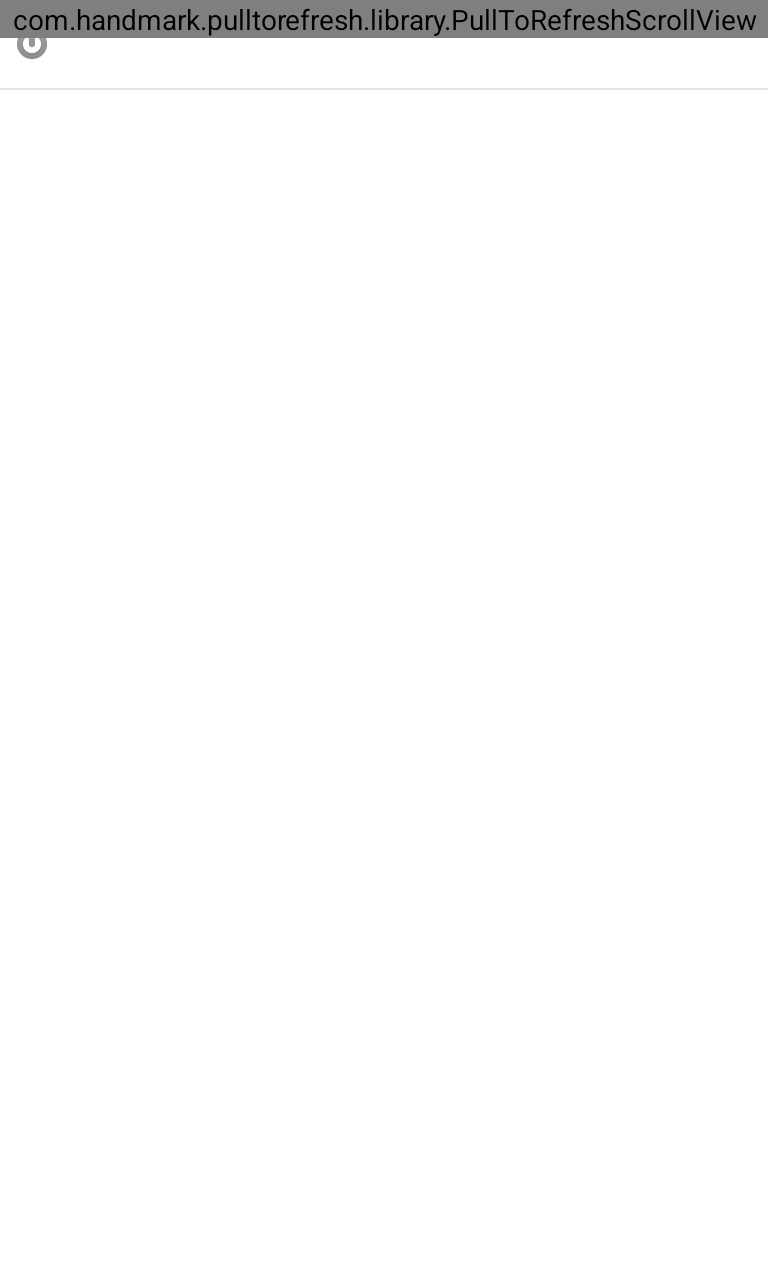
Repository: rajibhasan11/Fast-And-Furious
Layout: SportsCarProject/res/layout/sports_car_detailview_layout.xml
These files come from the project's save history. The layout is drawn as it stood at one moment and after the next save; the edit follows.
Pictures or frames that could not be fetched are drawn as grey boxes. It is drawn on a 768 x 1280 px phone screen (xhdpi) without system bars, with theme AppTheme; the app's code is not run.

Above is the layout before, as saved 2014-04-22 14:47:45.

### SportsCarProject/res/layout/sports_car_detailview_layout.xml
<RelativeLayout xmlns:android="http://schemas.android.com/apk/res/android"
    xmlns:tools="http://schemas.android.com/tools"
    android:layout_width="match_parent"
    android:layout_height="match_parent"
    tools:context=".SportsCarListActivity" >

    <include
        android:id="@+id/navBar"
        layout="@layout/navbar" />

    <com.handmark.pulltorefresh.library.PullToRefreshScrollView
        xmlns:ptr="http://schemas.android.com/apk/res-auto"
        android:id="@+id/detailview"
        android:layout_width="match_parent"
        android:layout_height="wrap_content"
        android:background="#f7f7f7"
        android:divider="#19000000"
        android:dividerPadding="4dp"
        android:fadingEdge="none"
        android:fadingEdgeLength="0dip"
        android:soundEffectsEnabled="false"
        ptr:ptrAnimationStyle="flip"
        ptr:ptrHeaderBackground="@color/ptr_header_bg_color"
        ptr:ptrHeaderSubTextColor="@color/ptr_header_subtext_color"
        ptr:ptrHeaderTextColor="@color/ptr_header_text_color"
        ptr:ptrShowIndicator="true" >

        <LinearLayout
            android:layout_width="match_parent"
            android:layout_height="match_parent"
            android:orientation="horizontal" >

            <TextView
                android:id="@+id/manufacturerModel"
                android:layout_width="match_parent"
                android:layout_height="wrap_content"
                android:background="#666666"
                android:ellipsize="end"
                android:gravity="center_vertical"
                android:padding="10dip"
                android:singleLine="true"
                android:text="@string/detailview_header"
                android:textColor="@android:color/white"
                android:textSize="18sp"
                android:textStyle="bold" />

            <LinearLayout
                android:layout_width="match_parent"
                android:layout_height="wrap_content"
                android:orientation="horizontal"
                android:padding="10dip" >

                <TextView
                    android:id="@+id/modelLabel"
                    android:layout_width="wrap_content"
                    android:layout_height="wrap_content"
                    android:ellipsize="none"
                    android:paddingLeft="0dp"
                    android:paddingRight="10dp"
                    android:singleLine="true"
                    android:text="@string/model_label"
                    android:textColor="@android:color/black"
                    android:textSize="16sp"
                    android:textStyle="normal" />

                <TextView
                    android:id="@+id/model"
                    android:layout_width="match_parent"
                    android:layout_height="wrap_content"
                    android:ellipsize="none"
                    android:paddingLeft="0dp"
                    android:paddingRight="0dp"
                    android:singleLine="true"
                    android:text=""
                    android:textColor="@android:color/black"
                    android:textSize="16sp"
                    android:textStyle="normal" />
            </LinearLayout>

            <LinearLayout
                android:layout_width="match_parent"
                android:layout_height="wrap_content"
                android:orientation="horizontal"
                android:padding="10dip" >

                <TextView
                    android:id="@+id/manufacturerLabel"
                    android:layout_width="wrap_content"
                    android:layout_height="wrap_content"
                    android:ellipsize="none"
                    android:paddingLeft="0dp"
                    android:paddingRight="10dp"
                    android:singleLine="true"
                    android:text="@string/manufacturer_label"
                    android:textColor="@android:color/black"
                    android:textSize="16sp"
                    android:textStyle="normal" />

                <TextView
                    android:id="@+id/manufacturer"
                    android:layout_width="match_parent"
                    android:layout_height="wrap_content"
                    android:ellipsize="none"
                    android:paddingLeft="0dp"
                    android:paddingRight="0dp"
                    android:singleLine="true"
                    android:text=""
                    android:textColor="@android:color/black"
                    android:textSize="16sp"
                    android:textStyle="normal" />
            </LinearLayout>

            <LinearLayout
                android:layout_width="match_parent"
                android:layout_height="wrap_content"
                android:orientation="horizontal"
                android:padding="10dip" >

                <TextView
                    android:id="@+id/styleLabel"
                    android:layout_width="wrap_content"
                    android:layout_height="wrap_content"
                    android:ellipsize="none"
                    android:paddingLeft="0dp"
                    android:paddingRight="10dp"
                    android:singleLine="true"
                    android:text="@string/style_label"
                    android:textColor="@android:color/black"
                    android:textSize="16sp"
                    android:textStyle="normal" />

                <TextView
                    android:id="@+id/style"
                    android:layout_width="match_parent"
                    android:layout_height="wrap_content"
                    android:ellipsize="none"
                    android:paddingLeft="0dp"
                    android:paddingRight="0dp"
                    android:singleLine="true"
                    android:text=""
                    android:textColor="@android:color/black"
                    android:textSize="16sp"
                    android:textStyle="normal" />
            </LinearLayout>

            <LinearLayout
                android:layout_width="match_parent"
                android:layout_height="wrap_content"
                android:orientation="horizontal"
                android:padding="10dip" >

                <TextView
                    android:id="@+id/originLabel"
                    android:layout_width="wrap_content"
                    android:layout_height="wrap_content"
                    android:ellipsize="none"
                    android:paddingLeft="0dp"
                    android:paddingRight="10dp"
                    android:singleLine="true"
                    android:text="@string/country_of_origin_label"
                    android:textColor="@android:color/black"
                    android:textSize="16sp"
                    android:textStyle="normal" />

                <TextView
                    android:id="@+id/origin"
                    android:layout_width="match_parent"
                    android:layout_height="wrap_content"
                    android:ellipsize="none"
                    android:paddingLeft="0dp"
                    android:paddingRight="0dp"
                    android:singleLine="true"
                    android:text=""
                    android:textColor="@android:color/black"
                    android:textSize="16sp"
                    android:textStyle="normal" />
            </LinearLayout>
        </LinearLayout>
    </com.handmark.pulltorefresh.library.PullToRefreshScrollView>

</RelativeLayout>

### SportsCarProject/res/values/styles.xml
<resources>

    <!--
        Base application theme, dependent on API level. This theme is replaced
        by AppBaseTheme from res/values-vXX/styles.xml on newer devices.
    -->
    <style name="AppBaseTheme" parent="android:Theme.Light">
        <!--
            Theme customizations available in newer API levels can go in
            res/values-vXX/styles.xml, while customizations related to
            backward-compatibility can go here.
        -->
    </style>

    <style name="AppTheme" parent="AppBaseTheme">
        <item name="android:windowContentOverlay">@null</item>
        <item name="android:windowNoTitle">true</item>
    </style>

</resources>

### SportsCarProject/res/layout/navbar.xml
<RelativeLayout xmlns:android="http://schemas.android.com/apk/res/android"
    xmlns:tools="http://schemas.android.com/tools"
    android:layout_width="match_parent"
    android:layout_height="45dp"
    tools:context=".SportsCarListActivity" >

    <ImageView
        android:id="@+id/holoTop"
        android:layout_width="match_parent"
        android:layout_height="1dip"
        android:layout_alignParentTop="true"
        android:background="@drawable/abs_list_divider_holo_light"
        android:contentDescription="@string/app_name" />

    <ImageView
        android:id="@+id/ivLogOut"
        android:layout_width="wrap_content"
        android:layout_height="wrap_content"
        android:layout_alignParentLeft="true"
        android:layout_centerVertical="true"
        android:layout_marginLeft="8dip"
        android:layout_marginRight="8dip"
        android:contentDescription="@string/app_name"
        android:gravity="center"
        android:src="@drawable/ic_exit" />

    <TextView
        android:id="@+id/hiUser"
        android:layout_width="wrap_content"
        android:layout_height="wrap_content"
        android:layout_alignParentRight="true"
        android:layout_centerVertical="true"
        android:layout_marginLeft="8dip"
        android:layout_marginRight="8dip"
        android:gravity="center"
        android:text="@string/hi"
        android:textColor="#888888"
        android:textSize="13sp"
        android:visibility="gone" />

    <ImageView
        android:id="@+id/holoBottom"
        android:layout_width="match_parent"
        android:layout_height="1dip"
        android:layout_alignParentBottom="true"
        android:background="@drawable/abs_list_divider_holo_light"
        android:contentDescription="@string/app_name" />

</RelativeLayout>

### SportsCarProject/res/values/colors.xml
<?xml version="1.0" encoding="utf-8"?>
<resources>

    <color name="main_tab_selected">#ffa4cf76</color>
    <color name="rec_text_color">#ff525967</color>
    <color name="white">#ffffff</color>
    <color name="black">#000000</color>
    <color name="green">#23cf34</color>
    <color name="orange">#E47833</color>
    <color name="lite_blue">#4E78A0</color>
    <color name="blue">#0000FF</color>
    <color name="grey">#FF909090</color>
    <color name="dark_slate_gray">#2F4F4F</color>
    <color name="gray_2">#AFAFAF</color>
    <color name="gray_1">#C0C0C0</color>
    <color name="hint_color">#F9F8F6</color>
    <color name="login_view_bg_color">#f4f5f7</color>
    <color name="titlebackgroundcolor">#3232CD</color>
    <color name="translucent_red">#ccff4444</color>
    <color name="translucent_blue">#CC33B5E5</color>
    <color name="translucent_black">#80000000</color>
    <color name="transparent">#00000000</color>
    <color name="ptr_header_bg_color">#00000000</color>
    <color name="ptr_header_text_color">#666666</color>
    <color name="ptr_header_subtext_color">#888888</color>
    <color name="onclick_list_row">#e7e7e7</color>
    <color name="default_title_indicator_footer_color">#FF33B5E5</color>
    <color name="default_title_indicator_selected_color">#FFFFFFFF</color>
    <color name="default_title_indicator_text_color">#BBFFFFFF</color>

    <bool name="default_circle_indicator_centered">true</bool>

    <color name="default_circle_indicator_fill_color">#FFFFFFFF</color>
    <color name="default_circle_indicator_page_color">#00000000</color>

    <integer name="default_circle_indicator_orientation">0</integer>

    <dimen name="default_circle_indicator_radius">3dp</dimen>

    <bool name="default_circle_indicator_snap">false</bool>

    <color name="default_circle_indicator_stroke_color">#FFDDDDDD</color>

    <dimen name="default_circle_indicator_stroke_width">1dp</dimen>

    <color name="drawer_scrim">#7D000000</color>
    <color name="drawer_shadow">#50000000</color>
    <color name="semi_transparent">#cc000000</color>

</resources>

### SportsCarProject/res/values/strings.xml
<?xml version="1.0" encoding="utf-8"?>
<resources>

    <string name="app_name">Sports Cars</string>
    <string name="action_settings">Settings</string>
    <string name="hello_world">Hello world!</string>
    <string name="std_loading_text">Loading…</string>
    <string name="manufactureModel_label">Manufacturer (Car Model)</string>
    <string name="model_label">Model:</string>
    <string name="manufacturer_label">Manufacturer:</string>
    <string name="style_label">Style:</string>
    <string name="country_of_origin_label">Country of Origin:</string>
    <string name="username_hint">User</string>
    <string name="password_hint">Password</string>
    <string name="login_btn_text">Login</string>
    <string name="lg_input_email_empty">Email requested</string>
    <string name="lg_input_pwd_empty">Password requested.</string>
    <string name="internet_dialog_title">No network connection.</string>
    <string name="internet_dialog_message">Impossible to connect with Internet. Check the network connection settings and retry.</string>
    <string name="gps_dialog_positive_btn">Settings</string>
    <string name="gps_dialog_title">GPS impostazioni</string>
    <string name="gps_dialog_negative_btn">Cancel</string>
    <string name="login_progress_text">Logging in…</string>
    <string name="ok">OK</string>
    <string name="login_failure_title">Access denied</string>
    <string name="login_failure_text">Access denied. Username or password is not correct.</string>
    <string name="unknown_error_title">Error</string>
    <string name="unknown_error_message">Something went wrong during login please try again.</string>
    <string name="error_message">No available data or no network</string>
    <string name="lg_input_email_invalid">Invalid email.</string>
    <string name="hi">Hi,</string>
    <string name="listview_header">Sports Cars</string>
    <string name="detailview_header">Car Details</string>
</resources>

Loaded but not shown: SportsCarProject/res/values-v11/styles.xml (common file); SportsCarProject/res/values-v14/styles.xml (common file)

After the next save:
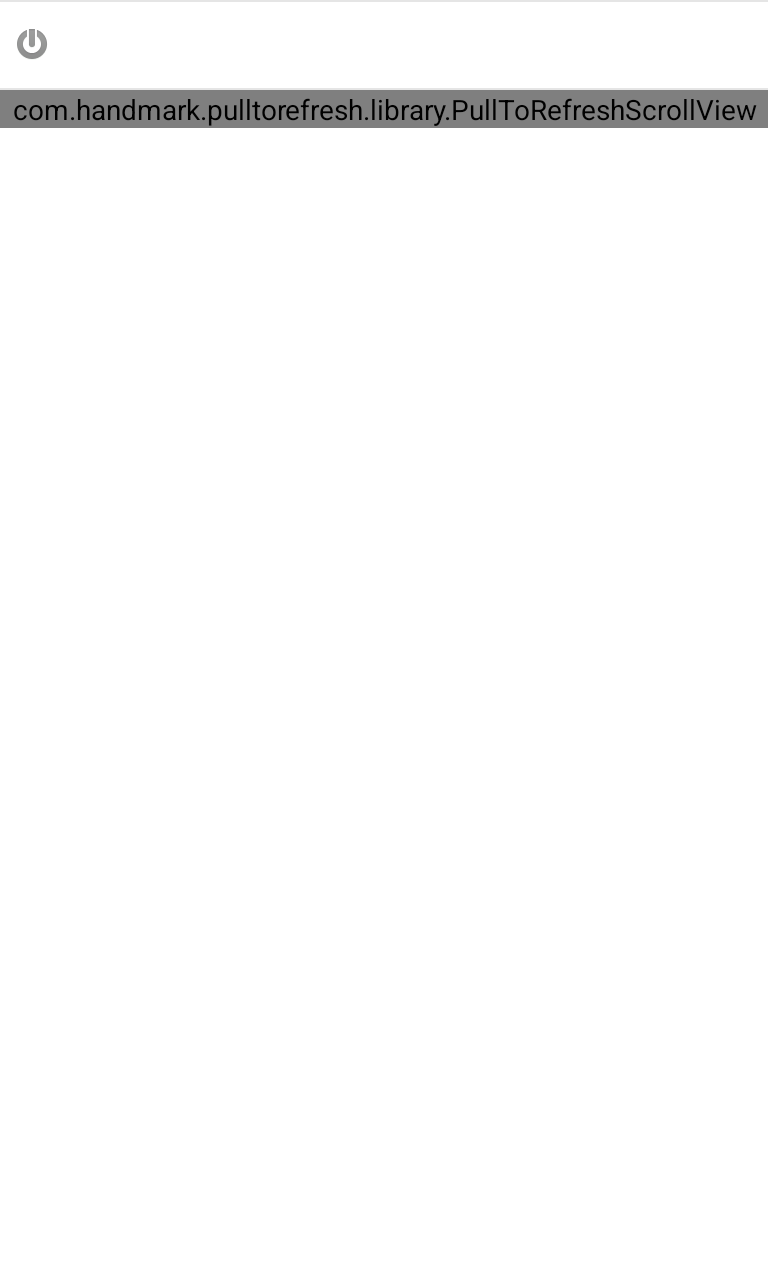
Saved 13 s later.
--- a/SportsCarProject/res/layout/sports_car_detailview_layout.xml
+++ b/SportsCarProject/res/layout/sports_car_detailview_layout.xml
@@ -13,6 +13,7 @@
         android:id="@+id/detailview"
         android:layout_width="match_parent"
         android:layout_height="wrap_content"
+        android:layout_below="@+id/navBar"
         android:background="#f7f7f7"
         android:divider="#19000000"
         android:dividerPadding="4dp"
